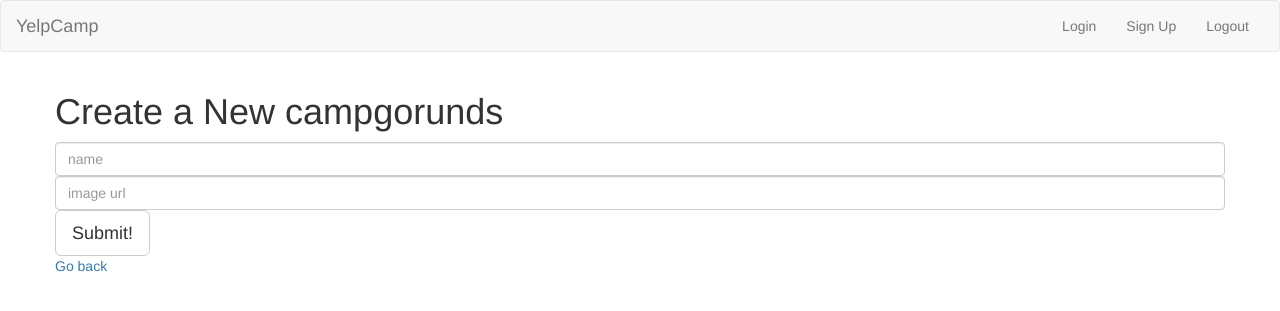
Repository: gtxDaniel/Web-development
Page: http://localhost/campgrounds/new
The author's editor kept a record of every edit. The page is drawn from the files as they stood at one moment, then again after the next edit.
The browser window is 1280 px wide. The pictures show the whole page.
The page is served by the project's Node server (YelpCamp/v1/app.js).

Above is the page before.

After the next edit:
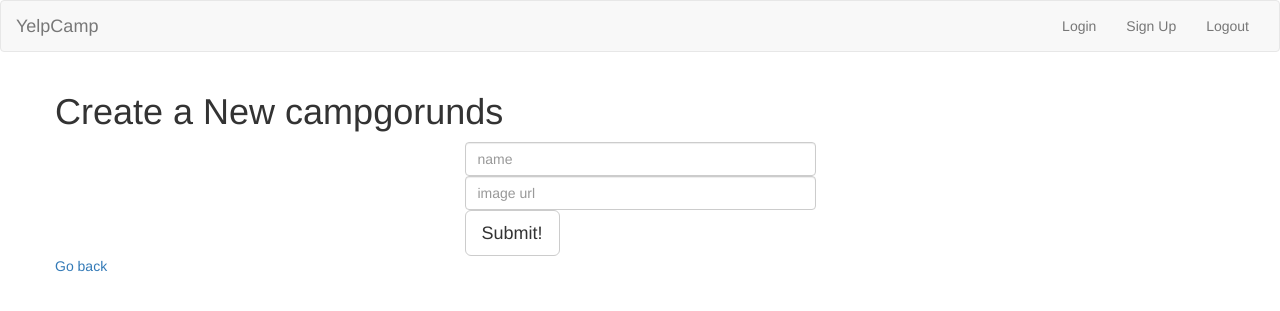
The edit:
--- a/web-development/workspace/YelpCamp/v1/views/new.ejs
+++ b/web-development/workspace/YelpCamp/v1/views/new.ejs
@@ -2,7 +2,7 @@
 <div class = "container">
     <div class = 'row'>
         <h1>Create a New campgorunds</h1>
-        <div>
+        <div style = 'width: 30%; margin: 0 auto'>
             <form action = '/campgrounds' method = "POST">
                 <input class ="form-control" type = 'text' name = 'name' placeholder = 'name'>
                 <input class ="form-control" type = 'text' name = 'image' placeholder = 'image url'>
